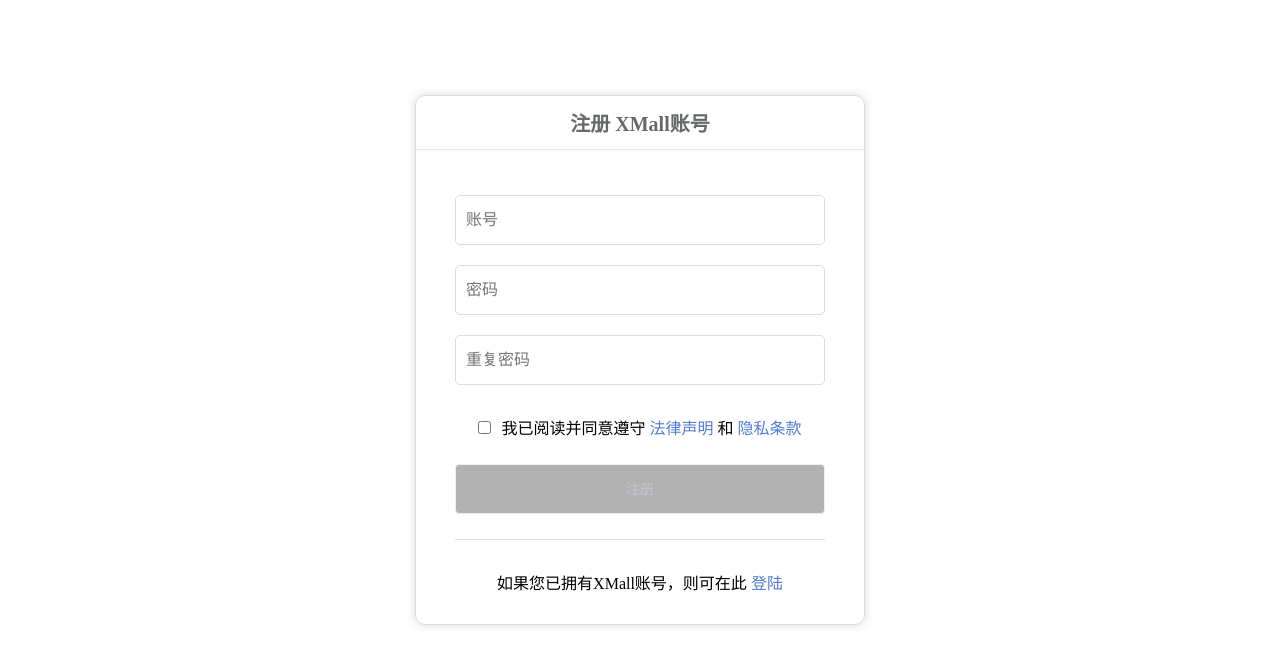
Repository: dingqihui1997/xmall-demo
Page: /register
The author's editor kept a copy of each file at every save. The page is drawn from the files as they stood at one save, then again after the next save.
The browser window is 1280 px wide. The pictures show the whole page.
The project was rebuilt for these pictures with package versions that can differ from the ones it lists, and the page was loaded fresh each time. Also part of the build but not shown: vue.config.js, src/views/Home.vue.

Above is the page before, as saved 2021-06-29 16:14:20.

After the next save:
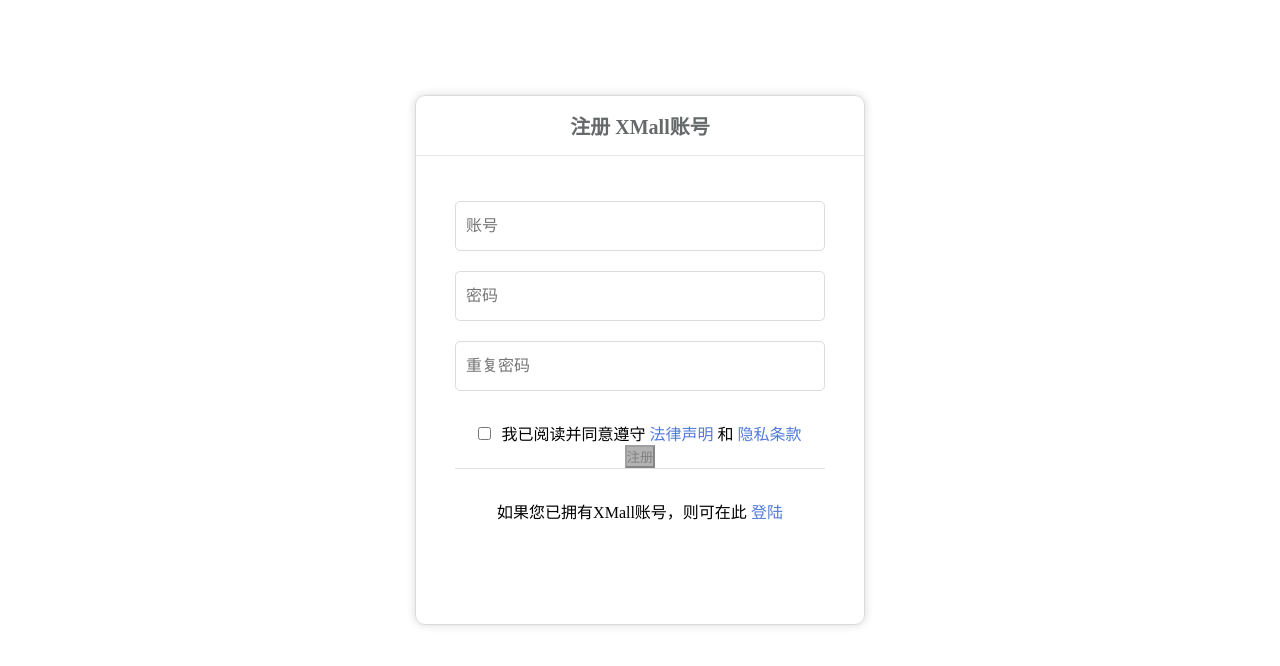
Saved 117 s later.
--- a/src/components/register/Register.vue
+++ b/src/components/register/Register.vue
@@ -32,9 +32,7 @@
       </div>
       <div class="flex-ja regis">
         <!-- 动态绑定属性，最先是true禁用状态 -->
-        <el-button :disabled="flag" :class="{ back: flag === true }"
-          >注册</el-button
-        >
+        <button :disabled="flag" :class="{ back: flag === true }">注册</button>
       </div>
       <div class="flex-ja">
         <div class="bottom flex-ja">
